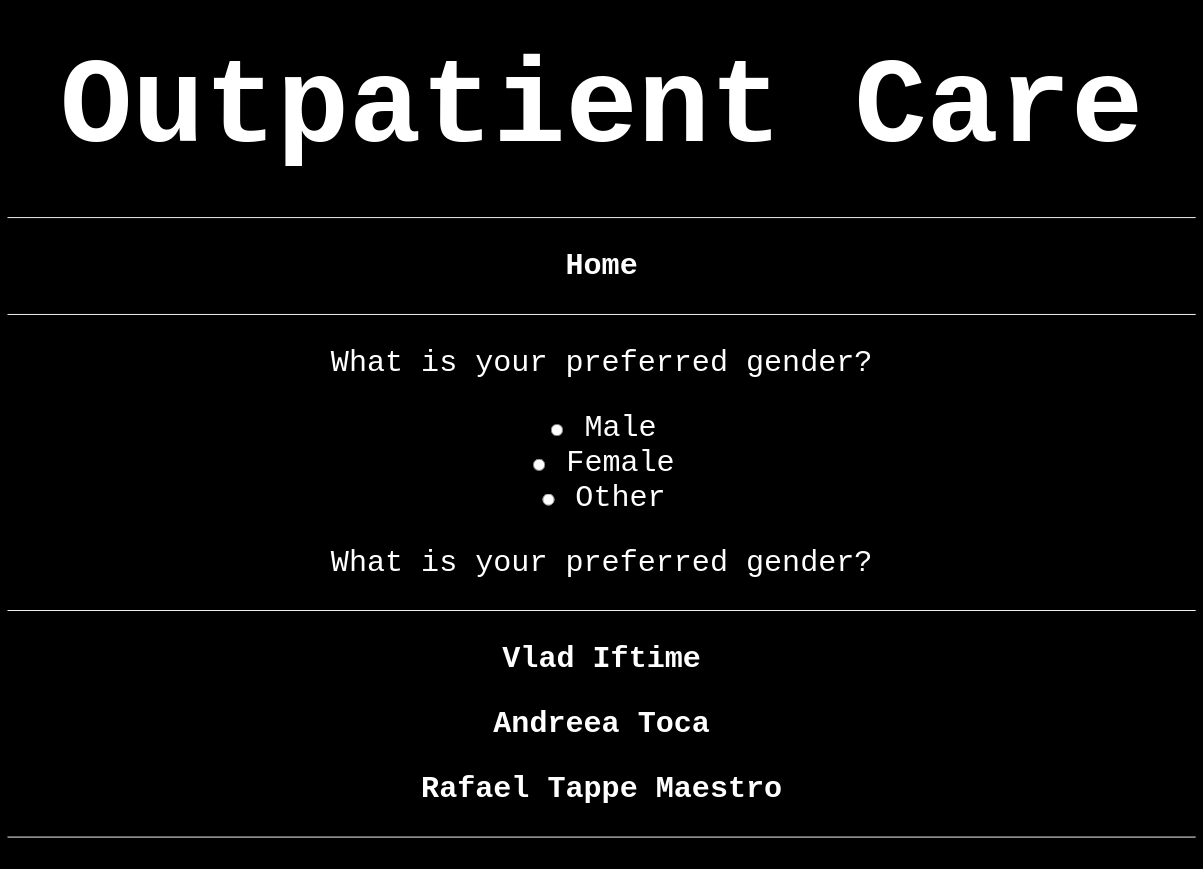
Repository: VladIftime/KnowledgeTechnology2019
Page: src/front/index.html
An editor plug-in stored every save of this project. The page is shown before and after a run of saves, followed by the edit.
The browser window is 1280 px wide. The pictures show the whole page, at 94% of full size.

Above is the page before, as saved 2019-12-15 12:11:30.

### src/front/index.html
<!DOCTYPE html>
<html lang="en">
    <head>
        <meta charset="UTF-8">
        <meta name="description" content="This is an examplary HTML5 page">
        <meta name="keywords" content="HTML5, HTML, example, web, page">
        <meta name="viewport" content="width=device-width, initial-scale=1.0">
        <title>ExamplaryHTML5</title>

        <link rel="stylesheet" href="style.css">
        <link rel="icon" type="image/png" href="favicon.png">


    </head>

    <body>
        <header>
            <h1>
                <span class=brokenLine>Outpatient<br>Care</span>
                <span class=oneLine>Outpatient Care</span>
            </h1>
        </header>
        <nav>
            <hr>
            <p><a href="http://localhost:8080/">Home</a></p>
            <hr>
        </nav>
        <article>
            <section>
                <p>What is your preferred gender?</p>
                <input type="radio" name="gender" value="male"> Male<br>
                <input type="radio" name="gender" value="female"> Female<br>
                <input type="radio" name="gender" value="other"> Other
            </section>
            <section id = gender>

            </section>
        </article>
        <footer>
            <hr>
            <p><a href="https://github.com/VladIftime/">Vlad Iftime</a></p>
            <p><a href="https://github.com/AndreeaToca/">Andreea Toca</a></p>
            <p><a href="https://github.com/Wehzie/">Rafael Tappe Maestro</a></p>
            <hr>
        </footer>
    </body>
    <script src="dosome.js"></script>
</html>

### src/front/style.css
html {
    font-family: "Courier New", Courier, monospace;
    color: white;
    background-color:  black;
}

.brokenLine {font-size: 16vw;}
.oneLine {display: none;}

@media screen and (min-width: 20cm) {
    .brokenLine {display: none;}
    .oneLine {font-size: 10vw; display: block}
}

body {
    font-size: 2em;
    text-align: center;
}

nav {
    font-weight: bold;
}

footer {
    font-weight: bold;
}

a:visited {
    color: white;
    background-color: transparent;
    text-decoration: none;
}

a:link {
    color: white;
    background-color: transparent;
    text-decoration: none;
}

a:hover {
    color: rgb(139, 208, 251);
    background-color: transparent;
    text-decoration: none;
}

a:active {
    color: white;
    background-color: transparent;
    text-decoration: none;
}

hr {
    display: block;
    height: 1px;
    border: 0;
    border-top: 1px solid white;
    margin: 1em 0;
    padding: 0;
}

button {
    background-color: rgb(65, 224, 208);
    color: white;
    border: 0.2em solid rgb(138, 40, 230);
    border-radius: 12%;
    padding: 1em 1em;

    text-align: center;
    display: inline-block;
    font-size: 1em;
    font-family: "Courier New", Courier, monospace;

    outline: none;
}

### src/front/dosome.js
function doInsertion(){
    const modifiableObject = document.getElementById("insert")
    modifiableObject.innerHTML = "Power of JavaScript"
}

class Question {
    constructor(question, choices, tag) {
        this.question = question;
        this.choices = choices;
        this.tag = tag;
    }

    showQuestion() {
        document.getElementById(this.tag).innerHTML = '<p>' + this.question + '<p>';
    }

    showChoices() {
        for (let index = 0; index < this.choices.length; index++) {
            const choice = this.choices[index];
            document.getElementById(this.tag).innerHTML += ('<input type=\'radio\'>' + choice + '<br>');
        }
    }
}

const question1 = new Question('What is your preferred gender?', ['Male', 'Female', 'Other'], 'gender');
question1.showQuestion();

After the next 4 saves:
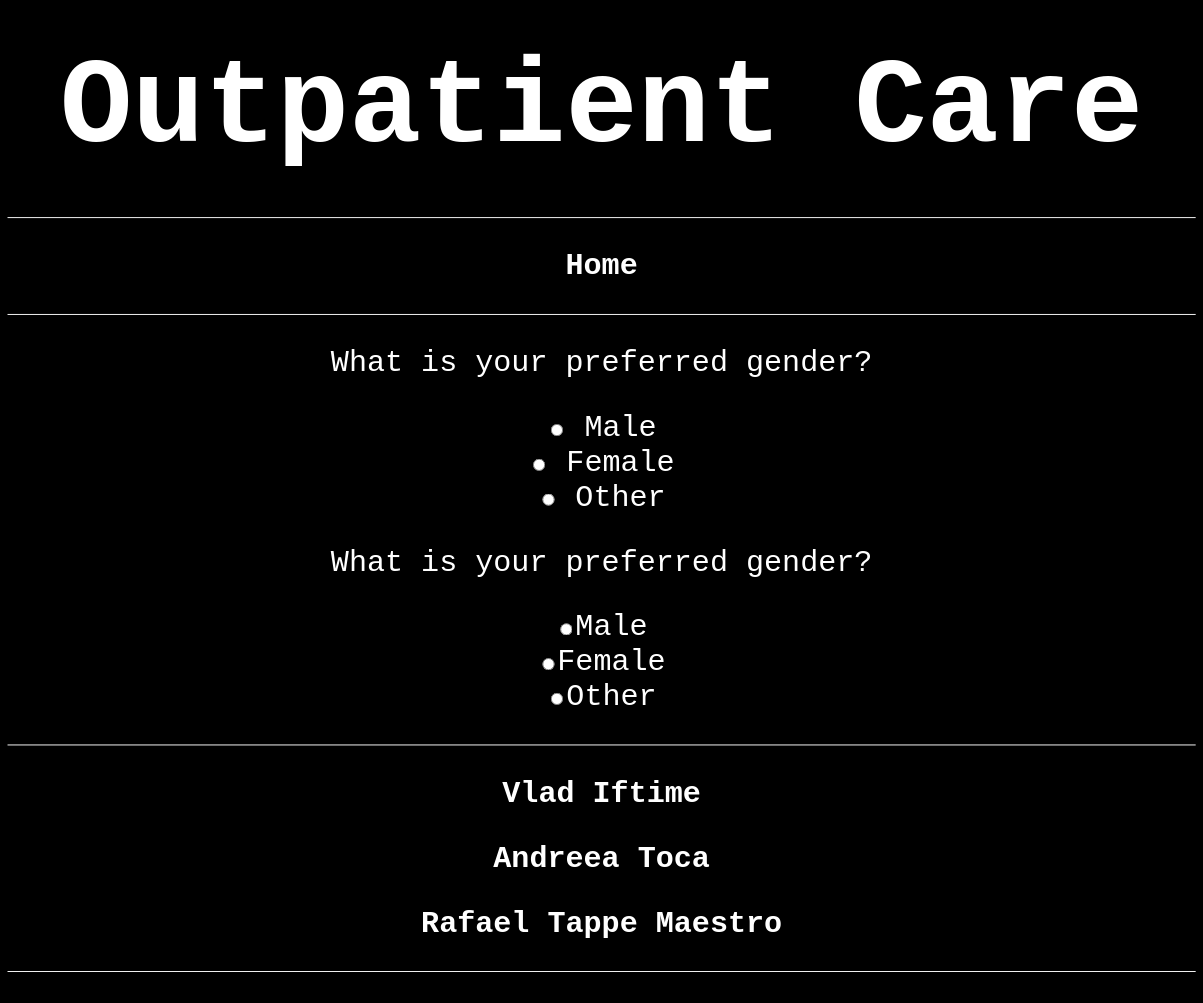
The 4 saves are shown as one change because they came seconds apart.
The last was saved 20 s later.
--- a/src/front/dosome.js
+++ b/src/front/dosome.js
@@ -24,3 +24,4 @@ class Question {
 
 const question1 = new Question('What is your preferred gender?', ['Male', 'Female', 'Other'], 'gender');
 question1.showQuestion();
+question1.showChoices();
